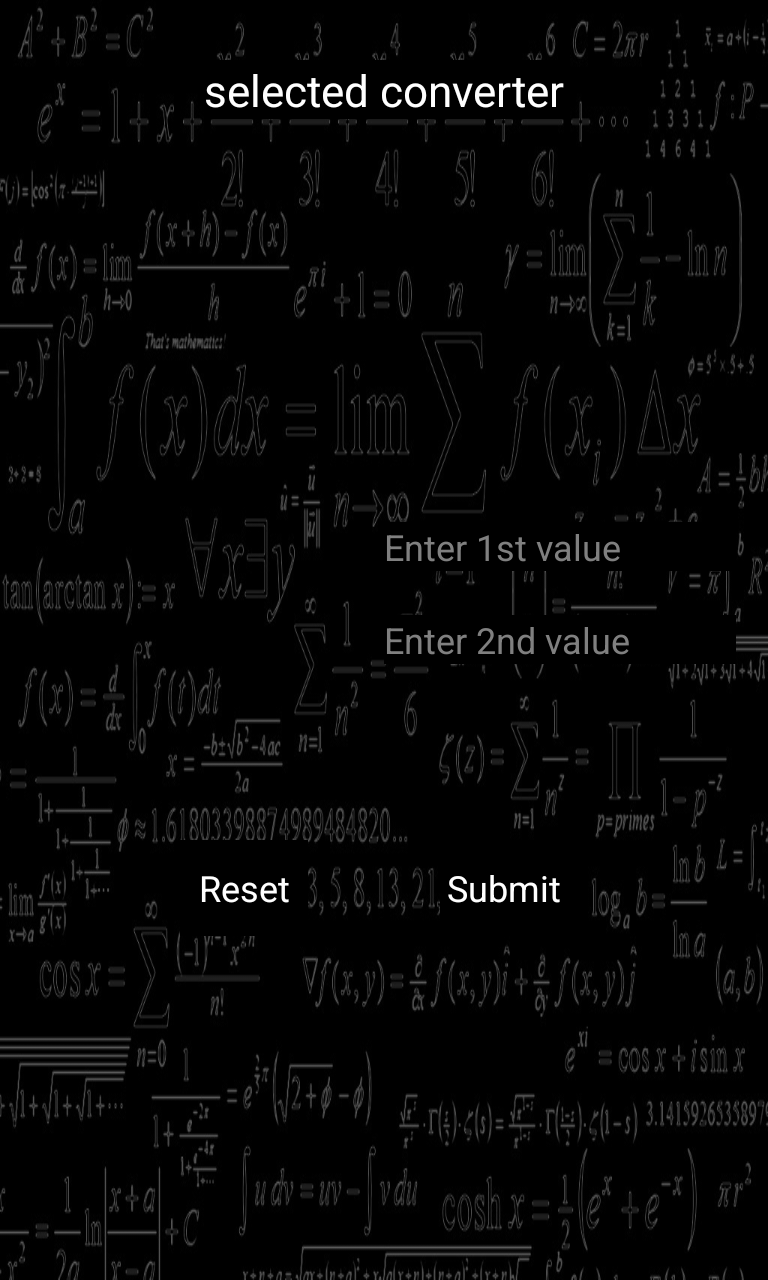
Repository: priyankaaj/practiced-apps
Layout: Converter/res/layout/activity_main.xml
The author's editor kept a copy of each file at every save. The layout is drawn from the files as they stood at one save, then again after the next save.
It is drawn on a 768 x 1280 px phone screen (xhdpi) without system bars, with theme AppTheme; the app's code is not run.

Above is the layout before, as saved 2015-09-24 18:57:24.

After the next save:
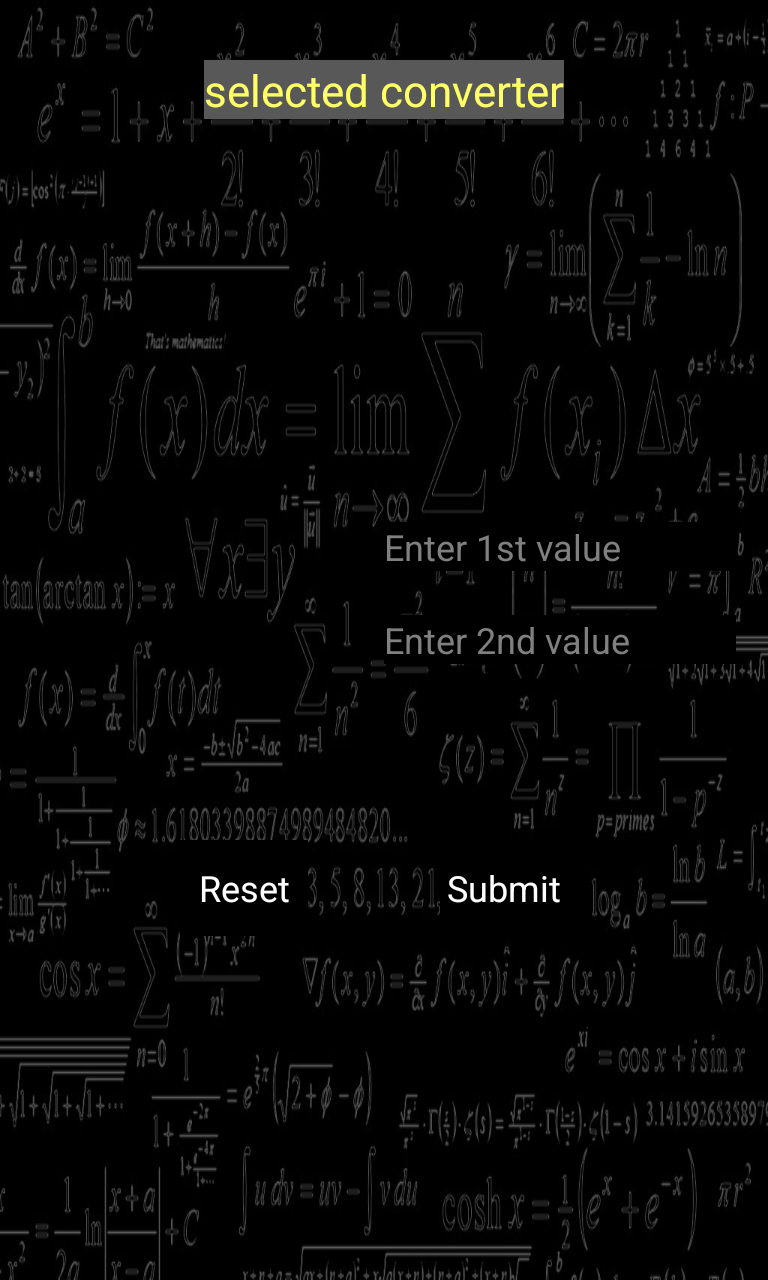
Saved 73 s later.
--- a/Converter/res/layout/activity_main.xml
+++ b/Converter/res/layout/activity_main.xml
@@ -17,8 +17,8 @@
         android:layout_centerHorizontal="true"
         android:layout_marginTop="14dp"
         android:text="selected converter"
-        android:background="#000000"
-        android:textColor="#ffffff"
+        android:background="#585858"
+        android:textColor="#FFFF66"
         android:textAppearance="?android:attr/textAppearanceLarge" />
 
     <Spinner
